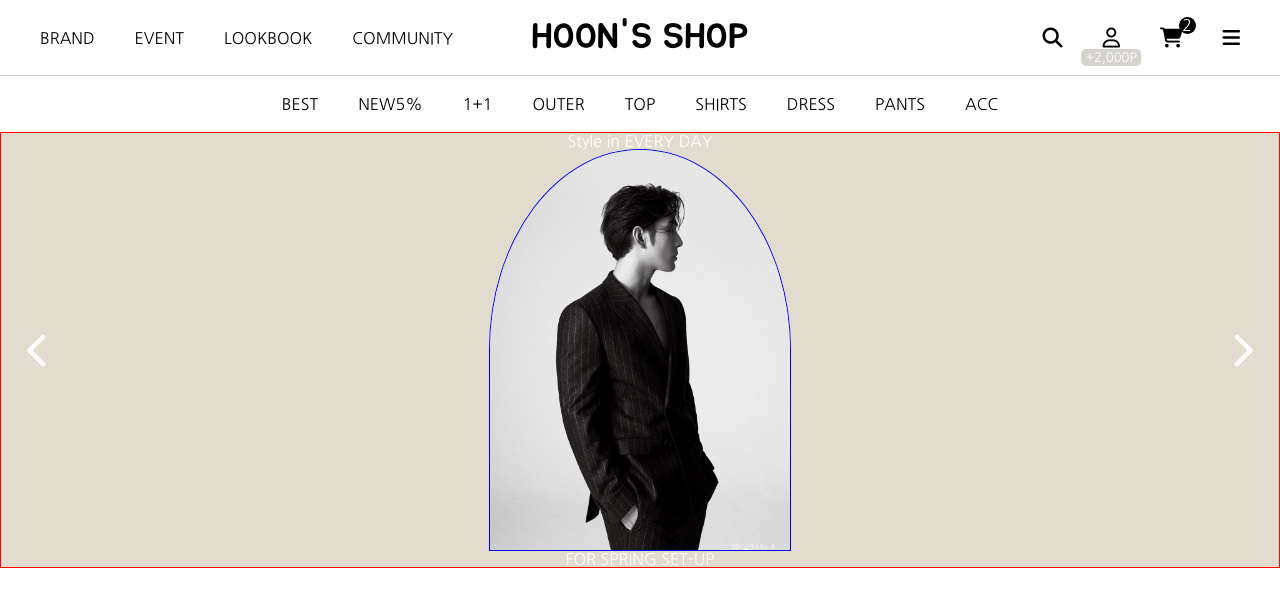
Repository: Iimchaehoon/cafeProject
Page: src/index.html
The author's editor kept a copy of each file at every save. The page is drawn from the files as they stood at one save, then again after the next save.
The browser window is 1280 px wide. The pictures show the whole page.
Some web fonts or font styles are not loaded; a fallback is used. Some web libraries are served in a nearby version.

Above is the page before, as saved 2024-07-23 22:13:07.

After the next save:
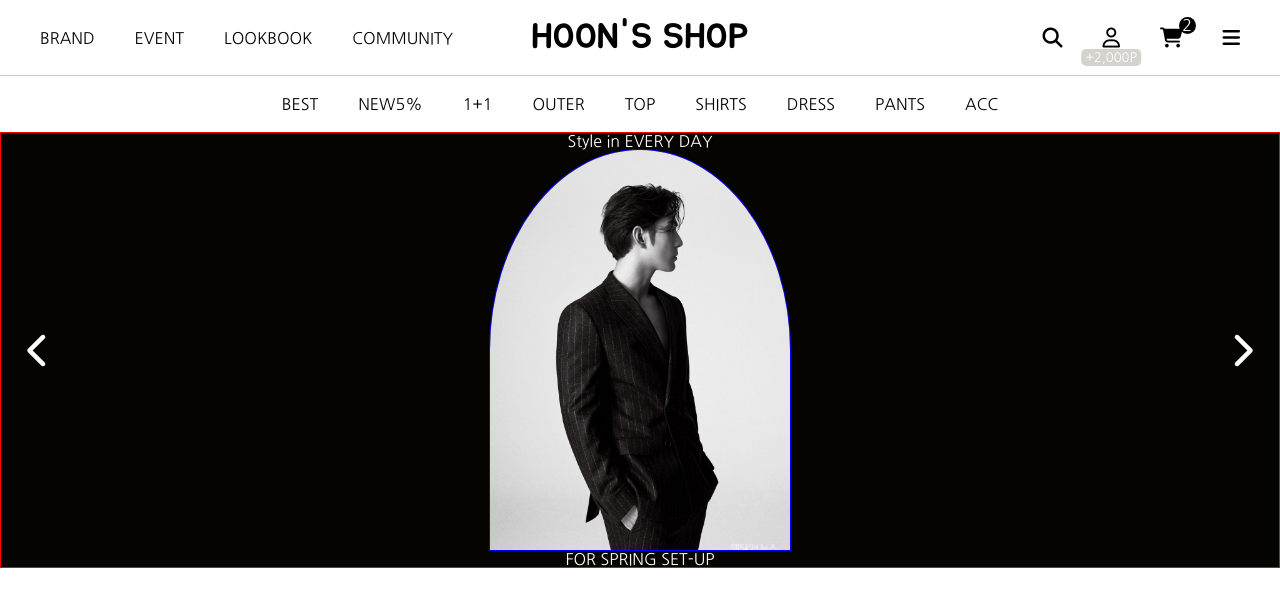
Saved 9 s later.
--- a/src/css/slider.css
+++ b/src/css/slider.css
@@ -4,7 +4,7 @@
   border: 1px solid red;
   align-items: center;
   padding: 0 30px;
-  background-color: #e2dccf;
+  background-color: #050401;
 }
 
 .main__slider-btn {
